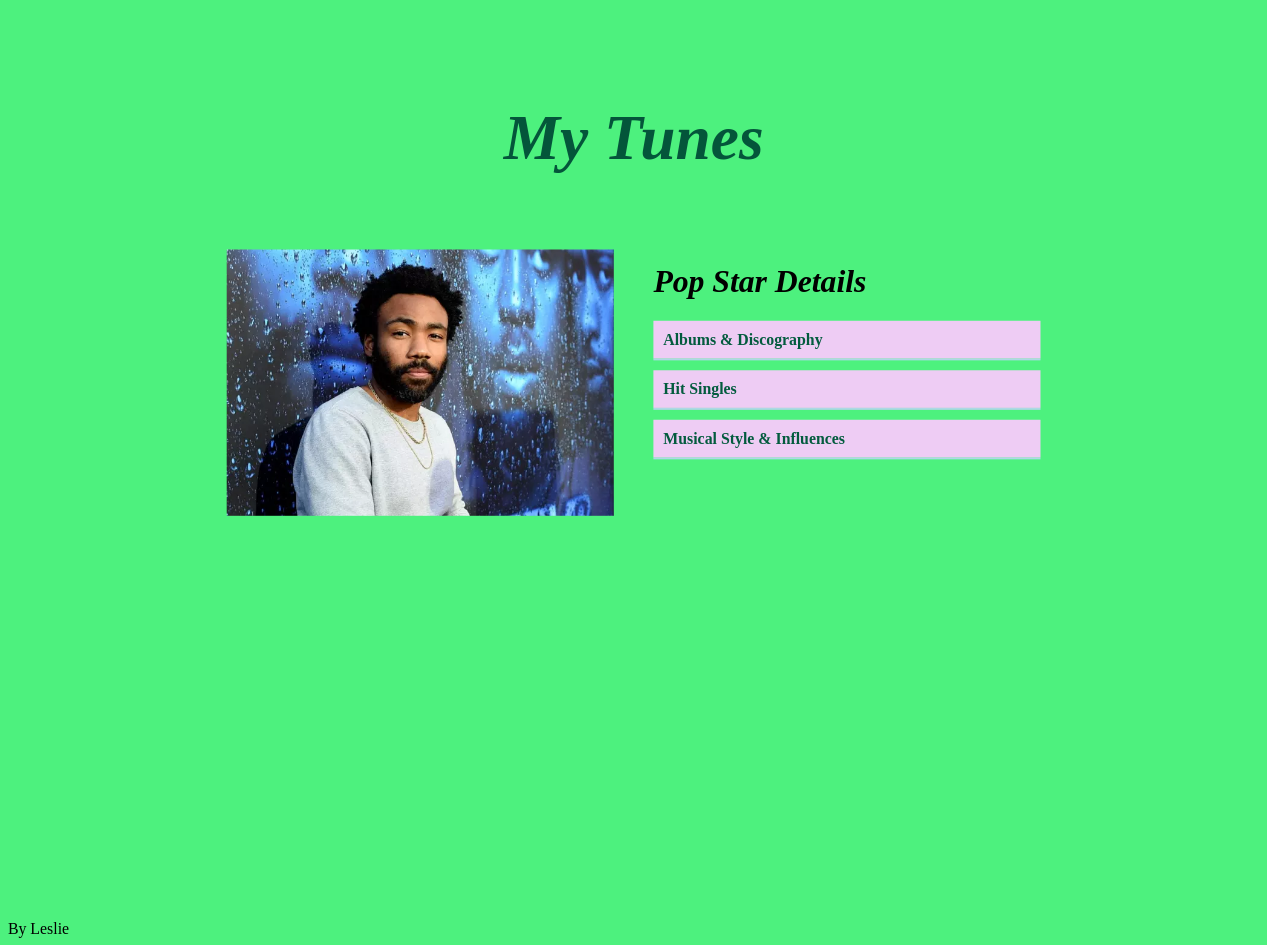
Repository: leslie179/labOne
Page: /
The author's editor kept a copy of each file at every save. The page is drawn from the files as they stood at one save, then again after a run of saves.
The browser window is 1280 px wide. The pictures show the whole page, at 99% of full size.
The project was rebuilt for these pictures with package versions that can differ from the ones it lists, and the page was loaded fresh each time. The framework's server and built-in components were replaced by stand-ins that run in the browser. Also part of the build but not shown: next.config.js, components/Footer/Footer.module.css.

Above is the page before, as saved 2024-09-15 22:46:30.

### pages/index.js
import Head from 'next/head'
import styles from '@/styles/Home.module.css'
import Footer from '@/components/Footer'
import Header from '@/components/Header'
import LeftComponent from '@/components/LeftComponent'
import RightComponent from '@/components/RightComponent'

export default function Home() {
  return (
    <>
      <Head>
        <title>Create Next App</title>
        <meta name="description" content="Generated by create next app" />
        <meta name="viewport" content="width=device-width, initial-scale=1" />
        <link rel="icon" href="/favicon.ico" />
      </Head>
      <Header/>
      <main className={`${styles.main}`}>
      <div className={styles.container}>
      <div className={styles.left}>
                <LeftComponent />
            </div>
            <div className={styles.right}>
              <h1 className={styles.h1}>Pop Star Details</h1>
                <RightComponent />
            </div>
            </div>
      </main>
      <Footer/>
    </>
  )
}

### styles/globals.css
:root {
  background-color: rgb(77, 241, 126);

}

a {
  color: inherit;
  text-decoration: none;

}

### styles/Home.module.css
.main {
  display: flex;
  flex-direction: column;
  justify-content: space-between;
  align-items: center;
  padding: 1rem;
  min-height: 20vh;
}

.container {
  display: flex;
  width: 70%;
  height: 100vh;

}

.left, .right {
  width: 50%;
  padding: 20px;
  box-sizing: border-box;
}



.h1{
  padding-top: 8%;
  font-style: italic;
}

### components/Footer/index.js
import styles from "./Footer.module.css"

export default function Footer() {
    return(
        <footer className={styles.Footer}>
            By Leslie
        </footer>
    )
}

### components/Header/index.js
import styles from './Header.module.css';


export default function Header() {
    return (
        <header className={styles.header}>
            <h1>My Tunes</h1>
        </header>
    );
}

### components/LeftComponent/index.js
import styles from './LeftComponent.module.css';

export default function LeftComponent() {
    return (
        <div>
            <img src="childish_icon.jpg" alt="Childish Icon" className={styles.image} />
        </div>
    );
}

### components/RightComponent/index.js
import { useState } from 'react';
import styles from './RightComponent.module.css';

export default function RightComponent() {
    const [activeIndex, setActiveIndex] = useState(null);

    const toggleAccordion = (index) => {
        setActiveIndex(activeIndex === index ? null : index);
    };

    const categories = [
        {
            title: 'Albums & Discography',
            content: '"Camp" \n"Because the Internet" \n"Awaken, My Love!"'
        },
        {
            title: 'Hit Singles',
            content: '"3005"\n "Redbone"\n "This Is America" which won Grammys for its cultural impact.'
        },
        {
            title: 'Musical Style & Influences',
            content: 'Blend of hip hop, soul, funk, and rock, drawing influence from Prince, OutKast, and more.'
        }
    ];

    return (
        <div className={styles.accordion}>
            {categories.map((category, index) => (
                <div key={index} className={styles.item}>
                    <div className={styles.title} onClick={() => toggleAccordion(index)}>
                        {category.title}
                    </div>
                    <div className={`${styles.content} ${activeIndex === index ? styles.show : ''}`}>
                        <p>{category.content.split('\n').map((line, i) => (
                            <span key={i}>{line}<br /></span>
                        ))}</p>
                    </div>
                </div>
            ))}
        </div>
    );
}

### components/Header/Header.module.css
.header {
    text-align: center;
    padding-top: 7.5%;
  }

  .header h1 {
    margin: 0;
    padding: 0;
    font-size: 4rem;
    font-style: italic;
    color: rgb(4, 85, 58);
  }

### components/LeftComponent/LeftComponent.module.css
.left {
    width: 50%;
    background-color: lightgray;
    padding: 20px;
    box-sizing: border-box;
    height: 100vh;
    float: left;
}

.image{
    width: 100%;
    padding-top: 10%;
}

### components/RightComponent/RightComponent.module.css
.right {
    width: 50%;
    padding: 20px;

    box-sizing: border-box;
    height: 100vh;
    float: right;
}


.item {
    border-bottom: 2.5px solid lightblue;
    margin-bottom: 10px;
}

.title {
    cursor: pointer;
    padding: 10px;
    background-color: #eeccf4;
    color: rgb(3, 91, 62);
    font-weight: bold;
}

.content {
    max-height: 0;
    overflow: hidden;
    transition: max-height 0.3s ease-out;
}

.show {
    max-height: 100px;
}

Loaded but not shown: pages/_app.js (common file); pages/_document.js (common file)

After the next 2 saves:
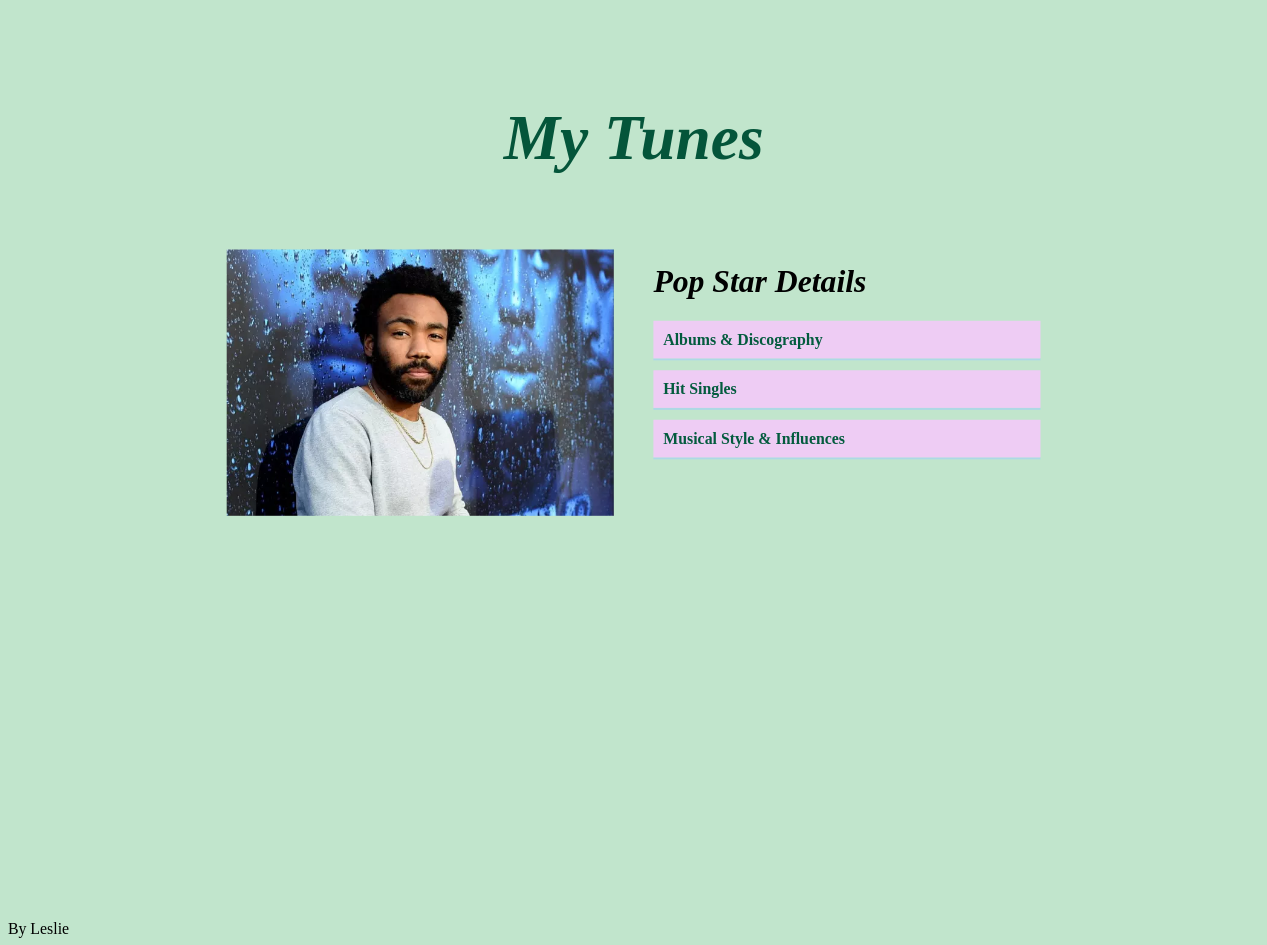
The 2 saves are shown as one change because they came seconds apart.
The last was saved 6 s later.
--- a/styles/globals.css
+++ b/styles/globals.css
@@ -1,5 +1,5 @@
 :root {
-  background-color: rgb(77, 241, 126);
+  background-color: rgb(193, 229, 204);
 
 }
 
